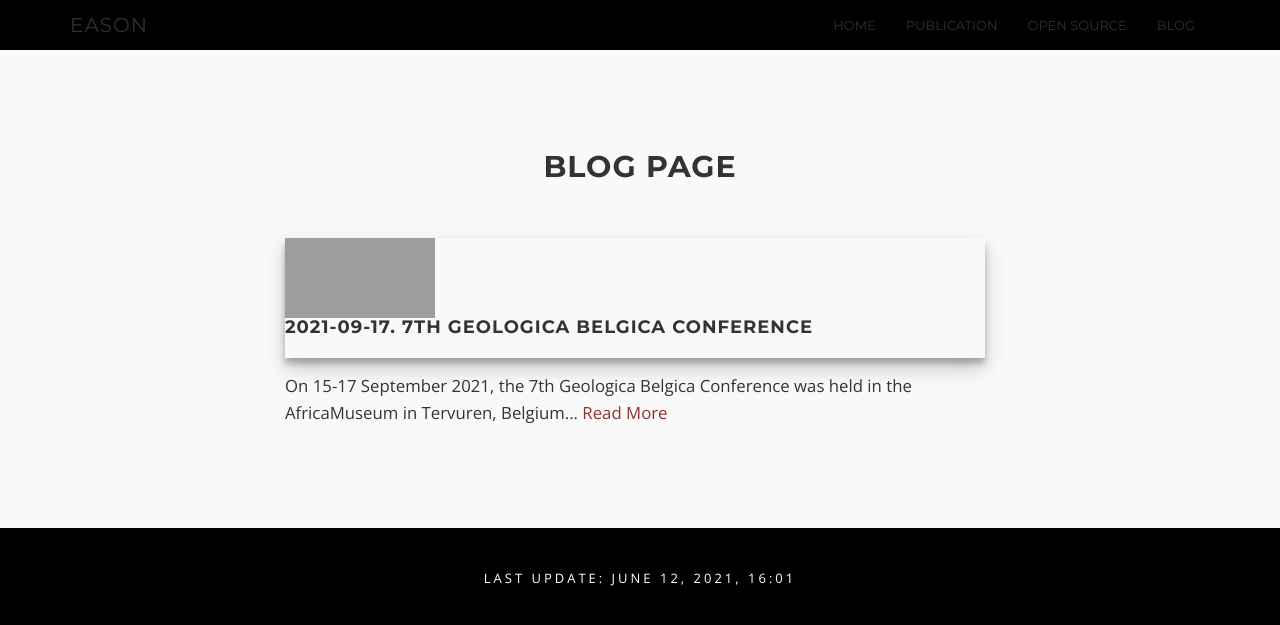
Repository: eazzzon/eazzzon.github.io
Page: blog.html
An editor plug-in stored every save of this project. The page is shown before and after the next save, followed by the edit.
The browser window is 1280 px wide. The pictures show the whole page.
Pictures or frames that could not be fetched are drawn as grey boxes.

Above is the page before, as saved 2021-09-18 00:03:26.

### blog.html
<!DOCTYPE html>
<html lang="en">
<head>
<meta charset="utf-8">
<meta http-equiv="X-UA-Compatible" content="IE=edge">
<meta name="viewport" content="width=device-width, initial-scale=1">
<meta name="description" content="">
<meta name="author" content="">
<title>yishen.zhang</title>
<!-- Bootstrap Core CSS -->
<link href="css/bootstrap.min.css" rel="stylesheet">
<!-- Custom CSS -->
<link href="css/theme.css" rel="stylesheet">
<!-- Custom Fonts -->
<link href="font-awesome/css/font-awesome.min.css" rel="stylesheet" type="text/css">
<link href="http://fonts.googleapis.com/css?family=Open+Sans:300,400,700,400italic,700italic" rel="stylesheet" type="text/css">
<link href="http://fonts.googleapis.com/css?family=Montserrat:400,700" rel="stylesheet" type="text/css">
<!-- HTML5 Shim and Respond.js IE8 support of HTML5 elements and media queries -->
<!-- WARNING: Respond.js doesn't work if you view the page via file:// -->
<!--[if lt IE 9]>
        <script src="https://oss.maxcdn.com/libs/html5shiv/3.7.0/html5shiv.js"></script>
        <script src="https://oss.maxcdn.com/libs/respond.js/1.4.2/respond.min.js"></script>
    <![endif]-->
</head>
<body id="page-top" data-spy="scroll" data-target=".navbar-fixed-top">
<!-- Navigation -->
<nav class="navbar navbar-custom navbar-fixed-top" role="navigation">
<div class="container">
	<div class="navbar-header">
		<button type="button" class="navbar-toggle" data-toggle="collapse" data-target=".navbar-main-collapse">
		<i class="fa fa-bars"></i>
		</button>
		<a class="navbar-brand page-scroll" href="index.html" style="color: #303030;">
		EASON </a>
	</div>
	<!-- Collect the nav links, forms, and other content for toggling -->
	<div class="collapse navbar-collapse navbar-right navbar-main-collapse">
		<ul class="nav navbar-nav" style="color: #303030;">
			<li>
			<a href="index.html">Home</a>
			</li>
			<li>
			<a href="publication.html">publication</a>
			</li>
			<li>
			<a href="opensource.html">open source</a>
			</li>
			<li>
			<a href="blog.html">blog</a>
			</li>
		</ul>
	</div>
	<!-- /.navbar-collapse -->
</div>
<!-- /.container -->
</nav>

<!-- Page Sample Section -->
<section id="page-sample">


<div class="container content-section text-left">
	<div class='container'>
		<div class="row">
			<h2 class="text-center">BLOG PAGE</h2>
			<div class="col-lg-8 col-lg-offset-2">
				<div class="post-box">
					<img class="box-img" src="https://geologicabelgica2021.africamuseum.be/sites/default/files/media/images/Logo%20Geologica%20Belgica.png" alt="lower crust foundering" />
					<div class="box-text">
						<a href="post20210917.html">
							<h4>2021-09-17. 7th Geologica Belgica Conference </h4>
						</a>
						<p style="font-size:120%;">On 15-17 September 2021, the 7th Geologica Belgica Conference was held in the AfricaMuseum in Tervuren, Belgium... <a href="post20210917.html" style="color:rgb(141, 53, 53);">Read More</a></p>
					</div>
				</div>
				</div>

			</div>
		</div>
	</div>
</div>
</section>




<!-- Footer -->
<footer>
<div class="container text-center">
	<p class="credits">
		last update: June 12, 2021, 16:01
	</p>
</div>
</footer>
<!-- jQuery -->
<script src="js/jquery.js"></script>
<!-- Bootstrap Core JavaScript -->
<script src="js/bootstrap.min.js"></script>
<!-- Plugin JavaScript -->
<script src="js/jquery.easing.min.js"></script>
<!-- Custom Theme JavaScript -->
<script src="js/theme.js"></script>
</body>
</html>

### css/theme.css
/* Aries v1.0 - by WowThemes.net */
body {
	width:100%;
	height:100%;
	font-family:Open Sans,"Helvetica Neue",Helvetica,Arial,sans-serif;
	color:#fff;
	background-color:#000;
	 font-weight:300;
}
html {
	width:100%;
	height:100%;
}
h1,h2,h3,h4,h5,h6 {
	margin:0 0 35px;
	text-transform:uppercase;
	font-family:Montserrat,"Helvetica Neue",Helvetica,Arial,sans-serif;
	font-weight:700;
	letter-spacing:1px;
}
p {
	margin:0 0 25px;
	font-size:18px;
	line-height:1.5;
}
@media(min-width:768px) {
	p {
		margin:0 0 35px;
		font-size:20px;
		line-height:1.6;
	}
}
a {
	color:inherit;
	-webkit-transition:all .2s ease-in-out;
	-moz-transition:all .2s ease-in-out;
	transition:all .2s ease-in-out;
}
a:hover,a:focus {
	text-decoration:none;
	color:inherit;
}
.light {
	font-weight:400;
}
.navbar-custom {
	margin-bottom:0;
	border-bottom:1px solid rgba(255,255,255,.3);
	text-transform:uppercase;
	font-family:Montserrat,"Helvetica Neue",Helvetica,Arial,sans-serif;
	background-color:#000;
}
.navbar-custom .navbar-brand {
	font-size:20px;
	text-transform:none;
	letter-spacing:1px;
}
.navbar-custom .navbar-brand:focus {
	outline:0;
}
.navbar-custom .navbar-brand .navbar-toggle {
	padding:4px 6px;
	font-size:16px;
	color:#fff;
}
.navbar-custom .navbar-brand .navbar-toggle:focus,.navbar-custom .navbar-brand .navbar-toggle:active {
	outline:0;
}
.navbar-custom a {
}
.navbar-custom .nav li a {
	-webkit-transition:background .3s ease-in-out;
	-moz-transition:background .3s ease-in-out;
	transition:background .3s ease-in-out;
}
.navbar-custom .nav li a:hover {
	outline:0;
	color:#1ba39c;
	background-color:transparent;
}
.navbar-custom .nav li a:focus,.navbar-custom .nav li a:active {
	outline:0;
	background-color:transparent;
}
.navbar-custom .nav li.active {
	outline:0;
}
.navbar-custom .nav li.active a {
	color:#1ba39c;
}
.navbar-custom .nav li.active a:hover {
	color:#1ba39c;
}
@media(min-width:768px) {
	.navbar-custom {
		padding:20px 0;
		border-bottom:0;
		font-size:13px;
		background:0 0;
		-webkit-transition:background .5s ease-in-out,padding .5s ease-in-out;
		-moz-transition:background .5s ease-in-out,padding .5s ease-in-out;
		transition:background .5s ease-in-out,padding .5s ease-in-out;
	}
		 .navbar-custom.top-nav-collapse {
		 padding:0;
		border-bottom:1px solid rgba(255,255,255,.3);
		color:#333;
			background:#fff;
	}
	.navbar-custom.top-nav-collapse a {
		color:#333;
		display:inline-block;
	}
}
.intro {
	display:table;
	width:100%;
	height:auto;
	padding:100px 0 100px 0;
	text-align:center;
	color:#fff;
	background-image:radial-gradient(circle at 50% 50%,rgba(95, 94, 94, 0.46),rgba(56, 56, 56, 0.88)), url('labelled.png');
	-webkit-background-size:cover;
	-moz-background-size:cover;
	background-size:cover;
	-o-background-size:cover;
}
.intro .intro-body {
	display:table-cell;
	vertical-align:middle;
}
.intro .intro-body .brand-heading {
	font-size:40px;
}
.intro .intro-body .intro-text {
	font-size:18px;
}
@media(min-width:768px) {
	.intro {
		height:100%;
		padding:0;
	}
	.intro .intro-body .brand-heading {
		font-size:60px;
		margin-top:90px;
		margin-bottom:20px;
		border-top:2px solid #fff;
		border-bottom:2px solid #fff;
		display:inline-block;
		padding:10px 0;
	}
	.intro .intro-body .intro-text {
		font-size:20px;
			font-weight:300;
			letter-spacing:3px;
	}
}
.btn-circle {
	width:50px;
	height:50px;
	margin-top:15px;
	line-height:40px;
	text-align:center;
	border:2px solid #fff;
	border-radius:100%!important;
	font-size:20px;
	color:#fff;
	background:0 0;
	-webkit-transition:background .3s ease-in-out;
	-moz-transition:background .3s ease-in-out;
	transition:background .3s ease-in-out;
}
.btn-circle:hover,.btn-circle:focus {
	outline:0;
	color:#fff;
	background:rgba(255,255,255,.1);
}
.btn-circle i.animated {
	-webkit-transition-property:-webkit-transform;
	-webkit-transition-duration:1s;
	-moz-transition-property:-moz-transform;
	-moz-transition-duration:1s;
}
.btn-circle:hover i.animated {
	-webkit-animation-name:pulse;
	-moz-animation-name:pulse;
	-webkit-animation-duration:1.5s;
	-moz-animation-duration:1.5s;
	-webkit-animation-iteration-count:infinite;
	-moz-animation-iteration-count:infinite;
	-webkit-animation-timing-function:linear;
	-moz-animation-timing-function:linear;
}
@-webkit-keyframes pulse {
	0% {
		-webkit-transform:scale(1);
		transform:scale(1);
	}
	50% {
		-webkit-transform:scale(1.2);
		transform:scale(1.2);
	}
	100% {
		-webkit-transform:scale(1);
		transform:scale(1);
	}
}
@-moz-keyframes pulse {
	0% {
		-moz-transform:scale(1);
		transform:scale(1);
	}
	50% {
		-moz-transform:scale(1.2);
		transform:scale(1.2);
	}
	100% {
		-moz-transform:scale(1);
		transform:scale(1);
	}
}
.content-section {
	padding:40px 0;
	clear:both;
}
@media(min-width:767px) {
	.content-section {
		padding:150px 0;
			 clear:both;
	}
}
.btn {
	border-radius:0;
	text-transform:uppercase;
	font-family:Montserrat,"Helvetica Neue",Helvetica,Arial,sans-serif;
	font-weight:400;
	-webkit-transition:all .3s ease-in-out;
	-moz-transition:all .3s ease-in-out;
	transition:all .3s ease-in-out;
}
.btn-default {
	border:1px solid #42dca3;
	color:#42dca3;
	background-color:transparent;
}
.btn-default:hover,.btn-default:focus {
	border:1px solid #42dca3;
	outline:0;
	color:#000;
	background-color:#42dca3;
}
ul.banner-social-buttons {
	margin-top:0;
}
@media(max-width:1199px) {
	ul.banner-social-buttons {
		margin-top:15px;
	}
}
@media(max-width:767px) {
	ul.banner-social-buttons li {
		display:block;
		margin-bottom:20px;
		padding:0;
	}
	ul.banner-social-buttons li:last-child {
		margin-bottom:0;
	}
}
footer {
	padding:40px 0;
	z-index:1;
	position:relative;
	clear:both;
}
footer p {
	margin:0;
	font-size:15px;
}
footer p.credits {
	text-transform:uppercase;
	font-size:13px;
	letter-spacing:3px;
}
::-moz-selection {
	text-shadow:none;
	background:#fcfcfc;
	background:rgba(255,255,255,.2);
}
::selection {
	text-shadow:none;
	background:#fcfcfc;
	background:rgba(255,255,255,.2);
}
img::selection {
	background:0 0;
}
img::-moz-selection {
	background:0 0;
}
body {
	webkit-tap-highlight-color:rgba(255,255,255,.2);
}
.bgblue {
	background:#22292c;
}
.inlineblock {
	display:inline-block;
}
p:last-child {
	margin-bottom:0;
}
p.lead {
	line-height:1.9;
}
.btnghost {
	border:2px solid #333;
	background-color:transparent;
	padding:15px 20px;
	letter-spacing:3px;
	font-size:12px;
	text-transform:uppercase;
	font-weight:400;
	color:#333;
	margin-top:20px;
	display:inline-block;
}
.btnghost:hover {
	background-color:#333;
	color:#fff;
	border:2px solid #333;
}
.bgcover {
	background-size:cover;
	background-repeat:no-repeat;
	position:relative;
}
img {
	max-width:100%;
}
.gallery ul {
	padding:0;
	margin:0;
}
.gallery img {
	max-width:100%;
	height:auto;
	padding:0;
	margin:0;
}
.gallery ul li {
	margin:0;
	position:relative;
	list-style:none;
	float:left;
	padding:0;
}
.gallery ul li a {
	display:block;
	position:relative;
	width:100%;
	height:100%;
	margin:0;
	padding:0;
	line-height:0;
}
.gallery ul li a:before {
	position:absolute;
	width:32px;
	height:32px;
	top:40%;
	left:50%;
	margin:-14px 0 0 -16px;
	/* background: url(data:[embedded picture, 2228 characters]) no-repeat; */
	content:"";
	opacity:0;
	z-index:1;
	-webkit-transition:all 0.3s linear;
	-moz-transition:all 0.3s linear;
	transition:all 0.3s linear;
}
.gallery ul li a:hover:before {
	top:50%;
	opacity:1;
}
.gallery ul li a:after {
	position:absolute;
	width:100%;
	top:0;
	bottom:0;
	background:rgba(0,0,0,0.3);
	content:"";
	opacity:0;
	-webkit-transition:all 0.3s linear;
	-moz-transition:all 0.3s linear;
	transition:all 0.3s linear;
}
.gallery ul li a:hover:after {
	opacity:1;
}
section:after {
	float:none;
	clear:both;
}
section {
	background-color:#f9f9f9;
	color:#333;
	overflow:hidden;
}
.done {
	display:none;
}
.error input,input.error,.error textarea,textarea.error {
	background-color:#ffffff;
	border-bottom:2px solid orangered !Important;
	-webkit-transition:border linear 0.2s,box-shadow linear 0.2s;
	-moz-transition:border linear 0.2s,box-shadow linear 0.2s;
	-o-transition:border linear 0.2s,box-shadow linear 0.2s;
	transition:border linear 0.2s,box-shadow linear 0.2s;
}

/* post-box style */
.post-box {
	width: 700px;
	height: 120px;
	margin: 20px;
	box-shadow: 0 10px 20px rgba(0, 0, 0, 0.19), 0 6px 6px rgba(0, 0, 0, 0.23);
  }

  .box-img {
	width: 150px;
	height: 80px;
	padding: 0px;
	margin: 0px;
  }

  .h1 {
	font-size: 19px;
	padding: 10px;
  }

  .p {
	padding: 0px;
	margin: 0px;
	position: relative;
	bottom: 15px;
	left: 10px;
  }

  .p2 {
	padding: 0px;
	margin: 0px;
	font-size: 15px;
	position: relative;
	left: 25px;
  }

### js/theme.js
// jQuery to collapse the navbar on scroll
$(window).scroll(function() {
    if ($(".navbar").offset().top > 50) {
        $(".navbar-fixed-top").addClass("top-nav-collapse");
    } else {
        $(".navbar-fixed-top").removeClass("top-nav-collapse");
    }
});

// jQuery for page scrolling feature - requires jQuery Easing plugin
$(function() {
    $('a.page-scroll').bind('click', function(event) {
        var $anchor = $(this);
        $('html, body').stop().animate({
            scrollTop: $($anchor.attr('href')).offset().top
        }, 1500, 'easeInOutExpo');
        event.preventDefault();
    });
});

// Closes the Responsive Menu on Menu Item Click
$('.navbar-collapse ul li a').click(function() {
    $('.navbar-toggle:visible').click();
});

Loaded but not shown: css/bootstrap.min.css (library); font-awesome/css/font-awesome.min.css (library); js/jquery.js (library); js/bootstrap.min.js (library); js/jquery.easing.min.js (library)

After the next save:
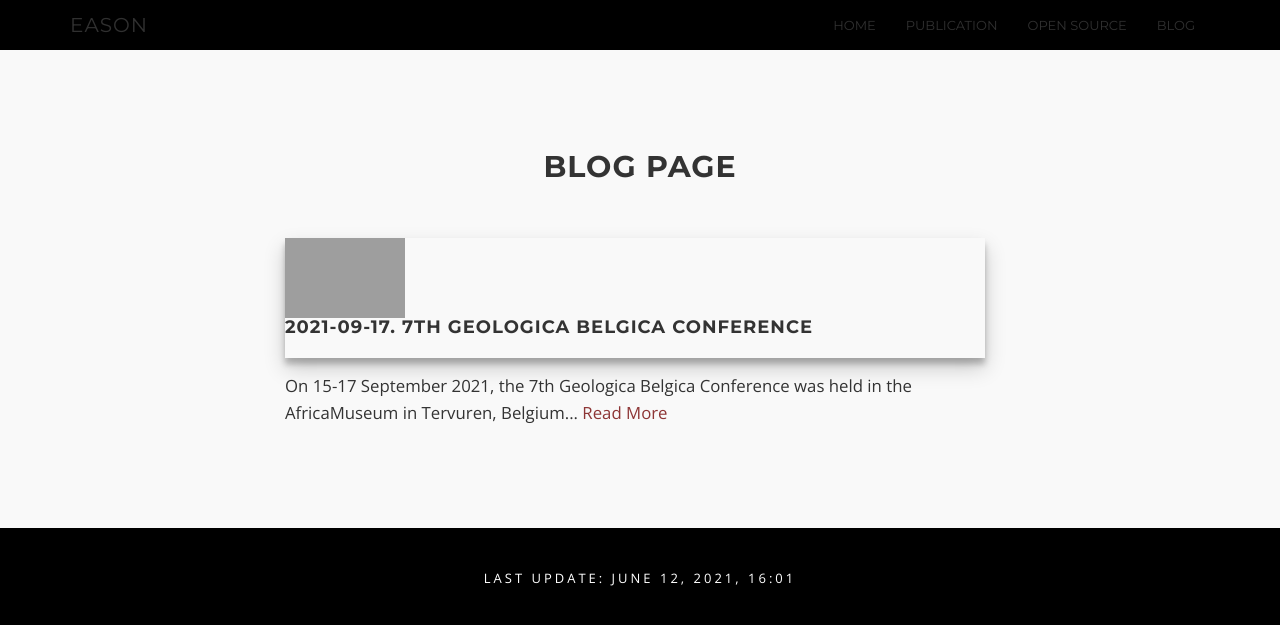
Saved 6 s later.
--- a/css/theme.css
+++ b/css/theme.css
@@ -428,7 +428,7 @@ section {
   }
 
   .box-img {
-	width: 150px;
+	width: 120px;
 	height: 80px;
 	padding: 0px;
 	margin: 0px;
